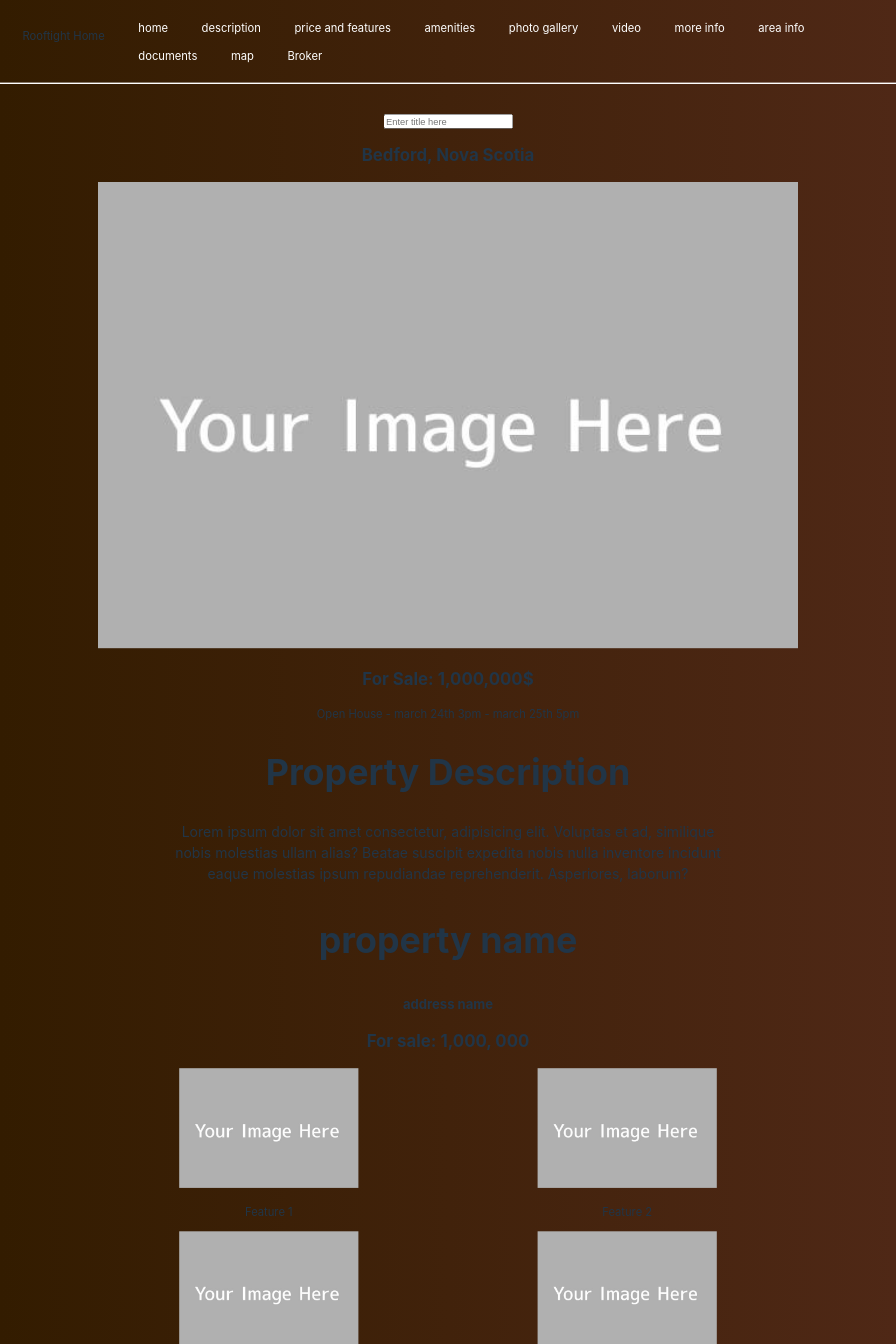
Repository: TMuse333/real_estate_property
Page: /create-property
The author's editor kept a copy of each file at every save. The page is drawn from the files as they stood at one save, then again after a run of saves.
The browser window is 1280 px wide. The pictures show the part of the page from y = 0 to 1920 px (the page is 10100 px tall before and 10025 px after), at 70% of full size.
The project was rebuilt for these pictures with package versions that can differ from the ones it lists, and the page was loaded fresh each time. Also part of the build but not shown: vite.config.js, src/components/newPage/newPage.jsx, src/components/homepage/homepage.jsx, src/data/data.js, src/components/imageUploader/imageUploader.css, src/components/imageUploader/imageUploader.jsx, src/components/createPage/createPage.css, src/components/createPage/createPage.jsx.

Above is the page before, as saved 2024-04-15 06:00:43.

### index.html
<!doctype html>
<html lang="en">
  <head>
    <meta charset="UTF-8" />
    <link rel="icon" type="image/svg+xml" href="/vite.svg" />
    <meta name="viewport" content="width=device-width, initial-scale=1.0" />
    <title>Rooftight Home</title>
  </head>
  <body>
    <div id="root"></div>
    <script type="module" src="/src/main.jsx"></script>
  </body>
</html>

### src/main.jsx
import './index.css'
import * as React from 'react';
import { StrictMode } from 'react';
import { createRoot } from 'react-dom/client';
import { BrowserRouter } from 'react-router-dom';


import App from './App';

const rootElement = document.getElementById('root');
const root = createRoot(rootElement);

root.render(
  // <StrictMode>
    <BrowserRouter>

    <App />


    </BrowserRouter>
  // </StrictMode>
);

### src/index.css
:root {
  font-family: Inter, system-ui, Avenir, Helvetica, Arial, sans-serif;
  line-height: 1.5;
  font-weight: 400;

  color-scheme: light dark;
  color: rgba(255, 255, 255, 0.87);
  background-color: #242424;

  font-synthesis: none;
  text-rendering: optimizeLegibility;
  -webkit-font-smoothing: antialiased;
  -moz-osx-font-smoothing: grayscale;
  /* overflow-x: hidden; */
}

a {
  font-weight: 500;
  color: #646cff;
  text-decoration: inherit;
}
a:hover {
  color: #535bf2;
}

body {
  margin: 0;
  display: flex;
  place-items: center;
  /* min-width: 320px; */
  min-height: 100vh;
}

h1 {
  font-size: 3.2em;
  line-height: 1.1;
}

button {
  border-radius: 8px;
  border: 1px solid transparent;
  padding: 0.6em 1.2em;
  font-size: 1em;
  font-weight: 500;
  font-family: inherit;
  background-color: #1a1a1a;
  cursor: pointer;
  transition: border-color 0.25s;
}
button:hover {
  border-color: #646cff;
}
button:focus,
button:focus-visible {
  outline: 4px auto -webkit-focus-ring-color;
}

@media (prefers-color-scheme: light) {
  :root {
    color: #213547;
    background-color: #ffffff;
  }
  a:hover {
    color: #747bff;
  }
  button {
    background-color: #f9f9f9;
  }
}

### src/App.jsx
import React, { useState ,useEffect} from 'react';
import { Routes, Route } from 'react-router-dom';

import Homepage from './components/homepage/homepage';
import Property from './components/property/property';
import NewPage from './components/newPage/newPage';
import CreatePage from './components/createPage/createPage';
import { ImageProvider } from './context/imageContext';


function App() {








  // Function to add a new route to the code2 state


  return (

     <ImageProvider>


      <Routes>
        <Route path="/" element={<Property />} />
        {/* <Route path="/property" element={<Property />} /> */}
        <Route path='create-page'
        element={<CreatePage/>}>

        </Route>

       <Route path='create-property'
       element={<Property
       inputVariant={true}/>}>

       </Route>

      </Routes>
      </ImageProvider>

  );
}

export default App;

### src/components/property/property.jsx
import React from "react";
import ImageSlider from "../carousel2/carosuel2";
import Features from "../features/features";
import img from '../../media/place-holder.jpg'

import kakashi from '../../media/kakashi_susanoo.jpg';
import sasuke from '../../media/sasuke.jpg';
import vegeta from '../../media/majin-vegeta.png';

import './property.css'
import ProductCarousel from "../productCarousel/productCarousel";
import Documents from "../documents/documents";
import GoogleMaps from "../maps/googleMaps";
import Testimonials from "../testimonials/testimonials";
import Profile from "../realtorProfile/profile";
import Footer from "../footer/footer";
import Navbar from "../navbar/navbar";
import HydroList from "../hydrolist/hydrolist";
import { hydroText } from "../../data/data";
import { useEffect } from "react";





const Property = ({propertyHerobanner,
  propertyPrice, propertyOpeningDate,
  propertyClosingDate,
  propertyMainDescription,
  propertyDescription2,
  propertyDescription3,
  propertyVideo,

  featureAttributes,
  sliderImages, carouselImages1,
  carouselImages2,
  documents,
  factsList,
  profile,
  inputVariant


  }) => {


useEffect(()=>{
    console.log('the property herobanner is',
    propertyHerobanner)
},[propertyHerobanner])

    return (

        <>

        {!inputVariant ? (




        <section className="property-container ">
            <Navbar/>

            <div className="property-herobanner"
            id='home'>

                <h1>A lovely Rooftight Home</h1>
                <h2>Bedford, Nova Scotia</h2>


            <img className="property-hero"
            src={propertyHerobanner || img}
            />
 <h2><strong>For Sale:</strong> {propertyPrice || '1,000,000$'}</h2>

 <p className="open-house-hours">
    Open House - {propertyOpeningDate || 'march 24th 3pm'} - {propertyClosingDate || 'march 25th 5pm'}
 </p>

                 </div>
                 <h1 id='description'>Property Description</h1>
                 <p className="main-description-p">
                    {propertyMainDescription ||
                    'Lorem ipsum dolor sit amet consectetur, adipisicing elit. Voluptas et ad, similique nobis molestias ullam alias? Beatae suscipit expedita nobis nulla inventore incidunt eaque molestias ipsum repudiandae reprehenderit. Asperiores, laborum?'}
                 </p>

                 <Features
                //  {...featureAttributes}
                 />

                 <ImageSlider
                 images={sliderImages}/>

                 <h1>Video</h1>

                 <img className="property-video"
                  src={ propertyVideo || img}
                  id='video'
                 />

                 <div className="property-images-grid">
                    <img src={img}/>
                    <img src={img}/>
                    <img src={img}/>
                    <img src={img}/>
                 </div>

                <section className="title-paragraph-container"
                id='more-info'>


                 <h1>Title Here</h1>
                 <p className="main-description-p">{propertyDescription2 || 'Lorem ipsum, dolor sit amet consectetur adipisicing elit. Asperiores, quis dolorem illo, quasi debitis dolore exercitationem reprehenderit culpa impedit officiis explicabo unde, ab fugiat. Maxime reiciendis quae possimus voluptates repellat facilis eum delectus libero magni quod vero modi iusto officiis alias, excepturi, odio animi voluptatum nulla dolorum illo ratione unde.'}</p>
                </section>



                <ProductCarousel
                horizontal={true}
                images={carouselImages1}
                />

<section className="title-paragraph-container">


<h1>Title Here</h1>
<p className="main-description-p">{propertyDescription3 || 'Lorem ipsum, dolor sit amet consectetur adipisicing elit. Asperiores, quis dolorem illo, quasi debitis dolore exercitationem reprehenderit culpa impedit officiis explicabo unde, ab fugiat. Maxime reiciendis quae possimus voluptates repellat facilis eum delectus libero magni quod vero modi iusto officiis alias, excepturi, odio animi voluptatum nulla dolorum illo ratione unde.'}</p>
</section>


<ProductCarousel
horizontal={true}
images={carouselImages2}/>

<Documents
{...documents}/>

<GoogleMaps/>

<HydroList

text={factsList}/>

<Profile
id='profile'


// profile={profile}
/>

<Footer/>



        </section>

) : (

    <section className="property-container ">
    <Navbar/>

    <div className="property-herobanner"
    id='home'>

        <input className="h1-input"
        placeholder="Enter title here"></input>
        <h2>Bedford, Nova Scotia</h2>


    <img className="property-hero"
    src={propertyHerobanner || img}
    />
<h2><strong>For Sale:</strong> {propertyPrice || '1,000,000$'}</h2>

<p className="open-house-hours">
Open House - {propertyOpeningDate || 'march 24th 3pm'} - {propertyClosingDate || 'march 25th 5pm'}
</p>

         </div>
         <h1 id='description'>Property Description</h1>
         <p className="main-description-p">
            {propertyMainDescription ||
            'Lorem ipsum dolor sit amet consectetur, adipisicing elit. Voluptas et ad, similique nobis molestias ullam alias? Beatae suscipit expedita nobis nulla inventore incidunt eaque molestias ipsum repudiandae reprehenderit. Asperiores, laborum?'}
         </p>

         <Features
        //  {...featureAttributes}
         />

         <ImageSlider
         images={sliderImages}/>

         <h1>Video</h1>

         <img className="property-video"
          src={ propertyVideo || img}
          id='video'
         />

         <div className="property-images-grid">
            <img src={img}/>
            <img src={img}/>
            <img src={img}/>
            <img src={img}/>
         </div>

        <section className="title-paragraph-container"
        id='more-info'>


         <h1>Title Here</h1>
         <p className="main-description-p">{propertyDescription2 || 'Lorem ipsum, dolor sit amet consectetur adipisicing elit. Asperiores, quis dolorem illo, quasi debitis dolore exercitationem reprehenderit culpa impedit officiis explicabo unde, ab fugiat. Maxime reiciendis quae possimus voluptates repellat facilis eum delectus libero magni quod vero modi iusto officiis alias, excepturi, odio animi voluptatum nulla dolorum illo ratione unde.'}</p>
        </section>



        <ProductCarousel
        horizontal={true}
        images={carouselImages1}
        />

<section className="title-paragraph-container">


<h1>Title Here</h1>
<p className="main-description-p">{propertyDescription3 || 'Lorem ipsum, dolor sit amet consectetur adipisicing elit. Asperiores, quis dolorem illo, quasi debitis dolore exercitationem reprehenderit culpa impedit officiis explicabo unde, ab fugiat. Maxime reiciendis quae possimus voluptates repellat facilis eum delectus libero magni quod vero modi iusto officiis alias, excepturi, odio animi voluptatum nulla dolorum illo ratione unde.'}</p>
</section>


<ProductCarousel
horizontal={true}
images={carouselImages2}/>

<Documents
{...documents}/>

<GoogleMaps/>

<HydroList

text={factsList}/>

<Profile
id='profile'


// profile={profile}
/>

<Footer/>



</section>
)}

        </>
    )
}

export default Property

### src/components/property/property.css
.property-images-grid img, .property-video{
    width:90vw;
    object-fit: cover;
    margin:0 auto;

}

.property-container{
    position: absolute;
    top:0;
    left:0;
    text-align: center;
    width:100vw;
    background: linear-gradient(to right, #331c00, #4f2816);



}

.property-images-grid{
    width: 100vw;
}

.property-container{
    overflow-x: hidden;
}

.property-herobanner h1{
    width:90vw;
    margin: 1rem auto 0 auto;
    font-size: 2rem;
}

.property-video {
    width:90vw;
    margin-bottom: 3rem;
    max-width: 650px;
    margin: 0 auto;

}

.main-description-p{
    max-width: 800px;
    margin: 0 auto;
}

.property-hero{
    width:100vw;
    /* max-height: 800px; */
    /* height:80vh; */
    object-fit: cover;
    max-width: 1000px;
    margin: 0 auto;
}

.title-paragraph-container{
    margin-bottom: -2rem;
}

.title-paragraph-container p{
text-align: left;
margin: 0 auto;
width:90vw;
max-width: 1000px;

}

@media screen and (min-width:655px){

    .property-container{
        margin-top: 5rem;
    }

    .property-images-grid img{
        width:40vw;
        max-width: 500px;

    }
    .property-images-grid{
        display: grid;
        grid-template-columns: minmax(auto, 500px) minmax(auto, 500px); /* Adjusted for max width of 500px
        justify-content: space-evenly;
        gap:2rem;
        /* background-color: red; */
        margin: 2rem auto;
        max-width: 1000px;
        gap:2rem;
        /* background-color: red; */

    }
}

#home{
    scroll-margin-top:5rem;
}

@media screen and (min-width:865px){
    .main-description-p{
        font-size: 1.25rem;
    }
}

### src/components/maps/googleMaps.jsx
import React from "react";


const GoogleMaps = () => {

    return (
        <section className="googleMaps-container"
        id='map'>

            <iframe src="https://www.google.com/maps/embed?pb=!1m18!1m12!1m3!1d45367.46550884047!2d-63.74241534754258!3d44.71008804415194!2m3!1f0!2f0!3f0!3m2!1i1024!2i768!4f13.1!3m3!1m2!1s0x4b598a2454bedb3d%3A0xc3be43c42883144a!2sParks%20of%20West%20Bedford!5e0!3m2!1sen!2sca!4v1711490234699!5m2!1sen!2sca"
             width="600"
              height="450"
               style={{
                border:0
               }}
                allowfullscreen=""
                 loading="lazy"
                  referrerpolicy="no-referrer-when-downgrade">

                  </iframe>
        </section>
    )
}

export default GoogleMaps

### src/components/features/features.css
.feature img{
    width:20vw;
}

.features-grid{
    width:100vw;
    display: grid;
    grid-template-columns: 20vw 20vw;
    justify-content: space-evenly;
}

.amenity{
    display: flex;


    justify-content: center;
    align-items: center;
}

.amenities-box{
    border:2px solid white;
    display: grid;
    grid-template-columns: 40vw 40vw;
    justify-content: space-evenly;

}

.amenities-container{
    margin-bottom: 4rem;
}

### src/components/productCarousel/productCarousel.css
.product img{
    width:38vw;
    object-fit: cover;
    height:60vw;
    max-height:600px ;
    max-width: 420px;
    overflow-y: hidden;


}

.product-carousel-container{
    overflow-x: hidden;

}

.horizontal img {
    width: 60vw; /* Adjust the width to be larger for a more horizontal aspect ratio */
    height: 30vw; /* Decrease the height to achieve a more horizontal appearance */
    object-fit: cover; /* Maintain aspect ratio while covering the container */
    max-height: 450px; /* Limit the maximum height */
    max-width: 600px; /* Limit the maximum width */
    overflow-y: hidden; /* Hide vertical overflow */
}

.product{
    position: absolute;


}

.carousel-button{
    position: absolute;
    z-index: 2;
    background-color: transparent;
    font-size: 2rem;
    padding: 0;
    color:white;
    top:50%;

    border: none;

  font-size: 1em;
  font-weight: 500;
  font-family: inherit;

  cursor: pointer;
  transition: border-color 0.25s;
  transition: all 0.3s ease-in;
}

.carousel-button:hover{
    border:none;
}

.carousel-button:first-child {
   left:0;
}

.carousel-button:last-child {
    /* Styles for the last button */
    right:0;
}

.products-row{
    display: flex;
    width:100vw;
    position: relative;
    margin: 0 auto;



}

.product-carousel-container{
    margin:0 auto;
    width:100vw;
    position: relative;
    height:90vw;
    max-height:800px ;
    margin-top: 10rem;
}

.image-button-container{
    position: relative;
}

@media screen and (min-width:655px){
    .carousel-button{
        font-size: 3rem;
    }
}

@media screen and (min-width:865px){
.products-row{
    max-width: 1100px;
}

.carousel-button{
    font-size: 4rem;
}
}

### src/components/documents/document.css
.documents-grid {
    display: grid;
    width: 100vw;
    margin: 3rem auto;
    justify-content: space-around;
    grid-template-columns: 20% 20%; /* Adjust the min and max widths as needed */
    gap: 1rem; /* Adjust the gap between columns as needed */
    /* background-color: red; */
    max-width: 1200px;
}

.documents-container{
    /* background-color: rgb(18, 5, 5); */
    position: relative;
}

.document-details{
    width:20vw;
    height:30vw;

    max-width: 200px;
    max-height: 270px;
    /* position: absolute;
    left:50%;
    transform: translateX(-50%); */
    background-color: rgb(43, 51, 57);
    transition: 0.3s ease-in;

}


.documents-grid img{
    width:20vw;
    height:30vw;

    max-width: 200px;
    max-height: 270px;
    object-fit: cover;
}

.document{
    transition: 0.3s ease-in;
    padding:0;
    /* background-color: red; */
    /* width:min-content; */
    margin: 0 auto;

    margin-bottom: 1rem;;
    /* display: flex; */

    /* background-color: red; */

    /* flex-direction: row-reverse; */

}

### src/components/testimonials/testimonials.css
.testimonial-container{
    width:100vw;
    /* background-color: var(--primary-color); */
 /* padding-bottom: 4rem; */
 margin-top: 5rem;
 margin-bottom: 8rem;



 position: relative;

    /* border: 2px solid white; */
}

.testimonial {
    background: radial-gradient(circle at center, rgba(111, 89, 2, 0.7), rgba(160, 117, 48, 0.7));
    padding-left: 1rem;
    text-align: left;
    padding-bottom: 40px;
    width:80vw;
   display: flex;
   flex-direction: column;
   margin-left: auto;
   margin-right: auto;
   /* height:500px; */


}

.quote{

    font-weight: bold;
    font-size: 1.2rem;
}

.effect{
    font-weight: 500;
    font-family: 'spartan',sans-serif;
    font-size: 20px;
    white-space: pre-line;
}

.author {
    margin-top: 0rem;
    font-weight: bold;
    font-size:1rem;
}

.title{
    margin-top: -1rem;
    font-size:20px;
}

.arrow-container{
    display: flex;
    align-items: center;


}

.arrow{

    font-size: 3rem;
    /* display: none; */

}

.arrow-right{
    /* right:0; */
}

.center{
    margin-left: auto;
    margin-right: auto;
}

@media screen and (min-width:655px){
    .quote{
        font-size: 2rem;
    }
    .testimonial{
        height:auto
    }
}


@media screen and (min-width: 865px) {
    /* .testimonial{

    max-width: 600px;


    } */

    .effect{

    }

    .work-container .button{
        margin-top: 2rem;
    }

    .arrow-container{
        max-width: 800px;
        margin-left: auto;
        margin-right: auto;

    }



    .arrow{
       font-size: 5rem;
    }
}

### src/components/realtorProfile/profile.css
.profile-image{
    height:40vh;
    background-color: grey;
   border-radius: 1rem;
}

.profile-container{
    margin-top: 3rem;
    position: relative;
}

.profile-socials img{
    width:35px;
    margin-right: 1rem;

}

.profile-socials{
    width:80vw;
    margin: 0 auto;
    max-width: 300px;
}

.profile-desktop{
    width:100vw;
    background-color: rgb(43, 43, 43);
    /* background-color: blue; */
    /* display: grid; */
    height:40vh;
    display: flex;
    justify-content: space-between;
    max-width: 1000px;
    margin: 0 auto;
    /* grid-template-columns: 33vw 30vw 20vw; */
}

.profile-name{
    padding:0;
}

.profile-h1{

    text-align: center;
}

@media screen and (min-width:800px){
    .profile-socials{
        display: flex;
        align-items: center;
        /* justify-content: flex-end; */
        /* background-color: red; */
        /* margin-left: auto; */
        justify-content: flex-start;
width:auto;
max-width: auto;
margin-left: 2rem;


    }

    .profile-name{
        transform: translateX(50%);

    }

    .input-name{
        display: flex;
        flex-direction: column;
    }

    .input-name input{
        padding:0.5rem;
        border-radius: 1rem;
        border: 2px solid transparent;
        margin-bottom: 1.5rem;
    }

    .profile-image{
        position: absolute;
        left:50%;
        transform:translateX(-50%);
        top:0%;
    }

    .profile-contacts{
        margin-right: 2rem;

        text-align: center;
    }
}

### src/components/footer/footer.css
.footer-grid {
    width:100vw;
    display: grid;
    grid-template-columns: repeat(auto-fill, minmax(40vw, 1fr)); /* Adjust the min and max widths as needed */
    gap: 1rem; /* Adjust the gap between columns as needed */
margin-left: auto;
margin-right: auto;
margin-bottom: 0rem;
    justify-content: center;

  }

  .footer-grid p{
    margin-bottom: 0;
  }

  .q3-link{
    margin-top: 4rem !important;
    color:white;
    transition: all 0.1s ease-in;
    margin-bottom: 3rem;
    padding: 1rem;
    width: fit-content;
    /* background-color: red; */
    margin: 0 auto 1rem auto;
    border-radius: 1rem;
  }

  @media screen and (min-width:655px){
    .footer-grid{
        grid-template-columns: 200px 200px 200px;
        gap:0;
        margin-bottom: -1rem;

        max-width: 900px;
    }
  }

### src/components/navbar/navbar.css
.navbar-container{
    position: fixed;
    top:0;
    left:0;
    width:100vw;
    background-color: rgb(61, 61, 61);
    display: flex;
    justify-content: space-between;
    height:80px;
    align-items: center;
    z-index: 999;
    background: linear-gradient(to right, #331c00, #4f2816);
    border-bottom: 2px solid white;
}

.menu-icon {
    display: flex;
    flex-direction: column;
    cursor: pointer;
    /* margin-top: 1rem;
    margin-right: 0.5rem; */
  }

  .bar {
    width: 25px;
    height: 3px;
    background-color: rgb(255, 255, 255);
    margin: 2px 0;
    transition: 0.4s;
    margin-right: 2rem;
  }

  .menu-open .bar:nth-child(1) {
    transform: rotate(-45deg) translate(-5px, 6px);
  }

  .menu-open .bar:nth-child(2) {
    opacity: 0;
  }

  .menu-open .bar:nth-child(3) {
    transform: rotate(45deg) translate(-5px, -6px);
  }

  .navbar-container span{
    margin-left:2rem;
  }

  .expanded-nav{
    height:100vh;
    background-color: rgba(0, 0, 0, 0.85);

    width:100vw;
    position: fixed;
    top:80px;
    transition: all 0.3s ease-in;
    /* position: absolute;
    bottom:0;
    left:0; */

  }

  .navbar-wrapper{
    position: relative;
    height:80px;
  }

  @media screen and (min-width:655px){
    .navbar-container{
        display: flex;
        justify-content: flex-start;
        height:120px;
        padding-bottom: 1rem;
    }

    .navbar-items{
        display: flex;
        width:80vw;
        flex-wrap: wrap;

    }

    .navbar-items p{
        margin-left: 3rem;
        height:min-content;
        margin-bottom: 0;
    }
  }

Loaded but not shown: src/components/realtorProfile/profile.jsx (429 lines, source omitted); src/components/productCarousel/productCarousel.jsx (293 lines, source omitted); src/components/carousel2/carosuel2.jsx (269 lines, source omitted); src/components/hydrolist/hydrolist.jsx (195 lines, source omitted); src/components/navbar/navbar.jsx (156 lines, source omitted); src/components/documents/documents.jsx (102 lines, source omitted); src/components/footer/footer.jsx (102 lines, source omitted); src/components/testimonials/testimonials.jsx (82 lines, source omitted); src/components/features/features.jsx (77 lines, source omitted); src/components/hydrolist/hydrolist.css (146 lines, source omitted); src/components/carousel2/carousel2.css (135 lines, source omitted); src/context/imageContext.jsx (66 lines, source omitted)

After the next 4 saves:
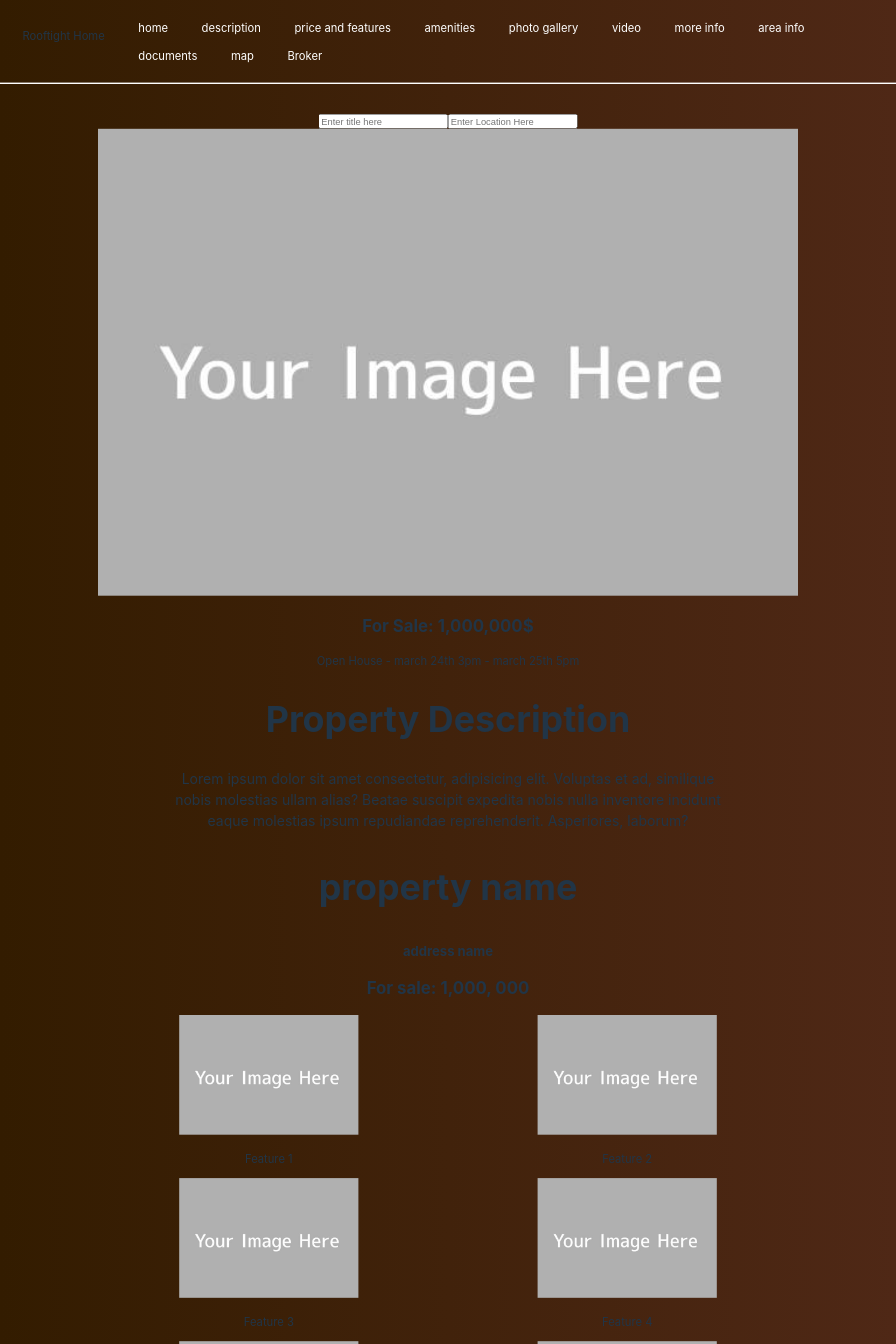
The 4 saves are shown as one change because 1 did not build or start and some came seconds apart.
The last was saved 22 s later.
--- a/src/components/property/property.jsx
+++ b/src/components/property/property.jsx
@@ -163,7 +163,10 @@ id='profile'
 
         <input className="h1-input"
         placeholder="Enter title here"></input>
-        <h2>Bedford, Nova Scotia</h2>
+       <input className="h2-input"
+       placeholder="Enter Location Here">
+
+       </input>
 
 
     <img className="property-hero"
